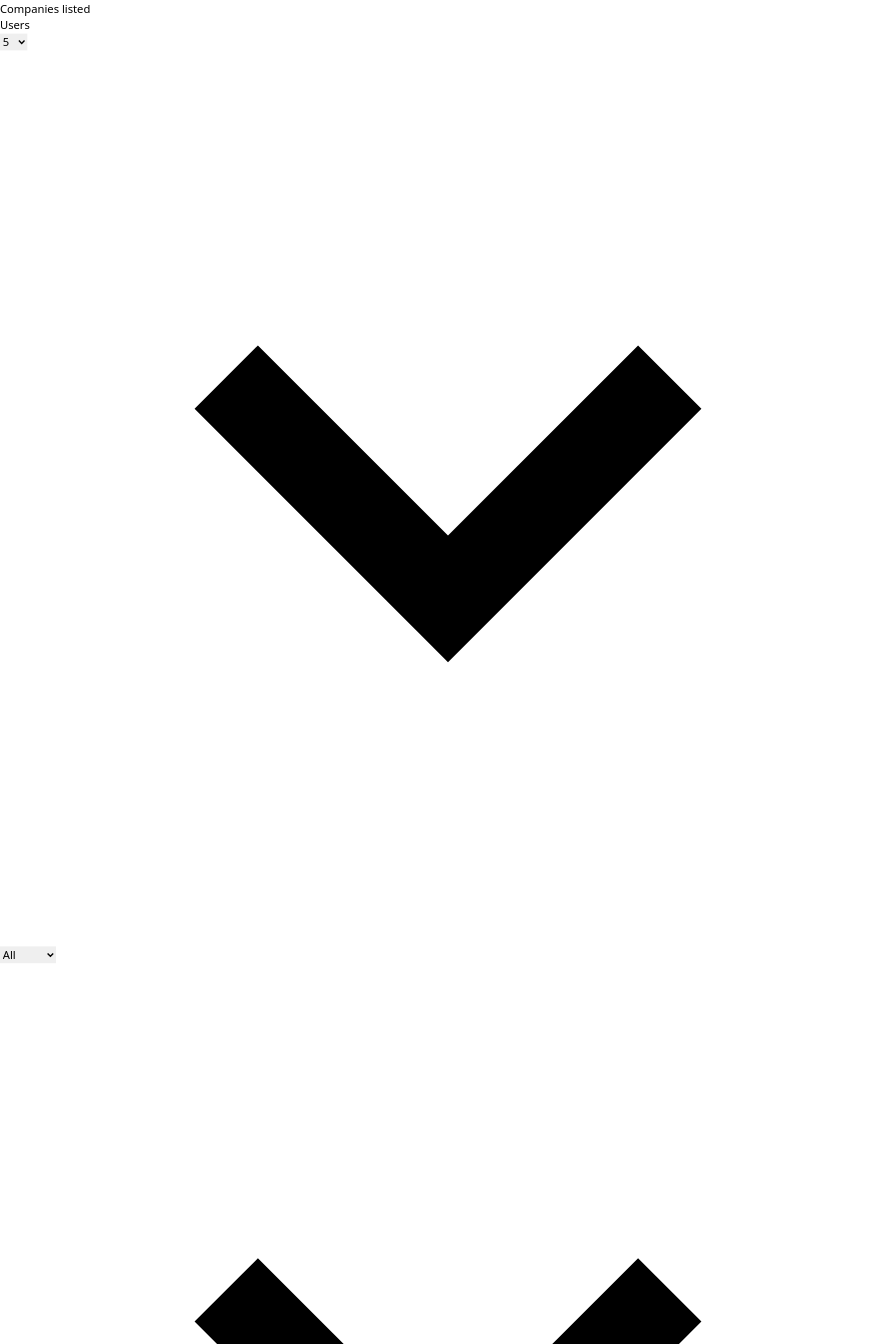
Repository: AlekJanevski/capcito
Page: /
An editor plug-in stored every save of this project. The page is shown before and after the next save, followed by the edit.
The browser window is 1280 px wide. The pictures show the part of the page from y = 0 to 1920 px (the page is 5338 px tall before and 5314 px after), at 70% of full size.
The page's requests for data from a server got no answer. The project was rebuilt for these pictures with package versions that can differ from the ones it lists, and the page was loaded fresh each time. No one was signed in, and anything a server would have sent is missing.

Above is the page before, as saved 2021-02-10 19:49:39.

### src/App.vue
<template>
  <HelloWorld />
</template>

<script>
import HelloWorld from './components/HelloWorld.vue'

export default {
  name: 'App',
  components: {
    HelloWorld
  }
}
</script>

<style>

</style>

### src/components/HelloWorld.vue
<template>
   <div>
		<h1 class="block text-center mt-5"> Companies listed </h1>
		<!-- <table class="rounded-t-lg m-5 w-5/6 mx-auto bg-gray-200 text-gray-800">
			<tr class="text-left border-b-2 border-gray-300">
				<th class="px-4 py-3">Company ID</th>
				<th class="px-4 py-3">Company name</th>
				<th class="px-4 py-3">Company type: </th>
			</tr>

			<tr class="bg-gray-100 border-b border-gray-200" v-for="user in usersList" :key="user.id">
				<td class="px-4 py-3">{{ user.id }}</td>
				<td class="px-4 py-3">{{ user.name }}</td>
				<td class="px-4 py-3">{{ user.type }}</td>
			</tr>
		</table> -->
			<div class="container mx-auto px-4 sm:px-8">
        <div class="py-8">
            <div>
                <h2 class="text-2xl font-semibold leading-tight">Users</h2>
            </div>
            <div class="my-2 flex sm:flex-row flex-col">
                <div class="flex flex-row mb-1 sm:mb-0">
                    <div class="relative">
                        <select
                            class="appearance-none h-full rounded-l border block appearance-none w-full bg-white border-gray-400 text-gray-700 py-2 px-4 pr-8 leading-tight focus:outline-none focus:bg-white focus:border-gray-500">
                            <option>5</option>
                            <option>10</option>
                            <option>20</option>
                        </select>
                        <div
                            class="pointer-events-none absolute inset-y-0 right-0 flex items-center px-2 text-gray-700">
                            <svg class="fill-current h-4 w-4" xmlns="http://www.w3.org/2000/svg" viewBox="0 0 20 20">
                                <path d="M9.293 12.95l.707.707L15.657 8l-1.414-1.414L10 10.828 5.757 6.586 4.343 8z" />
                            </svg>
                        </div>
                    </div>
                    <div class="relative">
                        <select
                            class="appearance-none h-full rounded-r border-t sm:rounded-r-none sm:border-r-0 border-r border-b block appearance-none w-full bg-white border-gray-400 text-gray-700 py-2 px-4 pr-8 leading-tight focus:outline-none focus:border-l focus:border-r focus:bg-white focus:border-gray-500">
                            <option>All</option>
                            <option>Active</option>
                            <option>Inactive</option>
                        </select>
                        <div
                            class="pointer-events-none absolute inset-y-0 right-0 flex items-center px-2 text-gray-700">
                            <svg class="fill-current h-4 w-4" xmlns="http://www.w3.org/2000/svg" viewBox="0 0 20 20">
                                <path d="M9.293 12.95l.707.707L15.657 8l-1.414-1.414L10 10.828 5.757 6.586 4.343 8z" />
                            </svg>
                        </div>
                    </div>
                </div>
                <div class="block relative">
                    <span class="h-full absolute inset-y-0 left-0 flex items-center pl-2">
                        <svg viewBox="0 0 24 24" class="h-4 w-4 fill-current text-gray-500">
                            <path
                                d="M10 4a6 6 0 100 12 6 6 0 000-12zm-8 6a8 8 0 1114.32 4.906l5.387 5.387a1 1 0 01-1.414 1.414l-5.387-5.387A8 8 0 012 10z">
                            </path>
                        </svg>
                    </span>
                    <input placeholder="Search"
                        class="appearance-none rounded-r rounded-l sm:rounded-l-none border border-gray-400 border-b block pl-8 pr-6 py-2 w-full bg-white text-sm placeholder-gray-400 text-gray-700 focus:bg-white focus:placeholder-gray-600 focus:text-gray-700 focus:outline-none" />
                </div>
            </div>
            <div class="-mx-4 sm:-mx-8 px-4 sm:px-8 py-4 overflow-x-auto">
                <div class="inline-block min-w-full shadow rounded-lg overflow-hidden">
                    <table class="min-w-full leading-normal">
                        <thead>
                            <tr>
                                <th
                                    class="px-5 py-3 border-b-2 border-gray-200 bg-gray-100 text-left text-xs font-semibold text-gray-600 uppercase tracking-wider">
                                    User
                                </th>
                                <th
                                    class="px-5 py-3 border-b-2 border-gray-200 bg-gray-100 text-left text-xs font-semibold text-gray-600 uppercase tracking-wider">
                                    Rol
                                </th>
                                <th
                                    class="px-5 py-3 border-b-2 border-gray-200 bg-gray-100 text-left text-xs font-semibold text-gray-600 uppercase tracking-wider">
                                    Created at
                                </th>
                                <th
                                    class="px-5 py-3 border-b-2 border-gray-200 bg-gray-100 text-left text-xs font-semibold text-gray-600 uppercase tracking-wider">
                                    Status
                                </th>
                            </tr>
                        </thead>
                        <tbody>
                            <tr>
                                <td class="px-5 py-5 border-b border-gray-200 bg-white text-sm">
                                    <div class="flex items-center">
                                        <div class="flex-shrink-0 w-10 h-10">
                                            <img class="w-full h-full rounded-full"
                                                src="https://images.unsplash.com/photo-1494790108377-be9c29b29330?ixlib=rb-1.2.1&ixid=eyJhcHBfaWQiOjEyMDd9&auto=format&fit=facearea&facepad=2.2&w=160&h=160&q=80"
                                                alt="" />
                                        </div>
                                        <div class="ml-3">
                                            <p class="text-gray-900 whitespace-no-wrap">
                                                Vera Carpenter
                                            </p>
                                        </div>
                                    </div>
                                </td>
                                <td class="px-5 py-5 border-b border-gray-200 bg-white text-sm">
                                    <p class="text-gray-900 whitespace-no-wrap">Admin</p>
                                </td>
                                <td class="px-5 py-5 border-b border-gray-200 bg-white text-sm">
                                    <p class="text-gray-900 whitespace-no-wrap">
                                        Jan 21, 2020
                                    </p>
                                </td>
                                <td class="px-5 py-5 border-b border-gray-200 bg-white text-sm">
                                    <span
                                        class="relative inline-block px-3 py-1 font-semibold text-green-900 leading-tight">
                                        <span aria-hidden
                                            class="absolute inset-0 bg-green-200 opacity-50 rounded-full"></span>
                                        <span class="relative">Activo</span>
                                    </span>
                                </td>
                            </tr>
                            <tr>
                                <td class="px-5 py-5 border-b border-gray-200 bg-white text-sm">
                                    <div class="flex items-center">
                                        <div class="flex-shrink-0 w-10 h-10">
                                            <img class="w-full h-full rounded-full"
                                                src="https://images.unsplash.com/photo-1500648767791-00dcc994a43e?ixlib=rb-1.2.1&ixid=eyJhcHBfaWQiOjEyMDd9&auto=format&fit=facearea&facepad=2.2&w=160&h=160&q=80"
                                                alt="" />
                                        </div>
                                        <div class="ml-3">
                                            <p class="text-gray-900 whitespace-no-wrap">
                                                Blake Bowman
                                            </p>
                                        </div>
                                    </div>
                                </td>
                                <td class="px-5 py-5 border-b border-gray-200 bg-white text-sm">
                                    <p class="text-gray-900 whitespace-no-wrap">Editor</p>
                                </td>
                                <td class="px-5 py-5 border-b border-gray-200 bg-white text-sm">
                                    <p class="text-gray-900 whitespace-no-wrap">
                                        Jan 01, 2020
                                    </p>
                                </td>
                                <td class="px-5 py-5 border-b border-gray-200 bg-white text-sm">
                                    <span
                                        class="relative inline-block px-3 py-1 font-semibold text-green-900 leading-tight">
                                        <span aria-hidden
                                            class="absolute inset-0 bg-green-200 opacity-50 rounded-full"></span>
                                        <span class="relative">Activo</span>
                                    </span>
                                </td>
                            </tr>
                            <tr>
                                <td class="px-5 py-5 border-b border-gray-200 bg-white text-sm">
                                    <div class="flex items-center">
                                        <div class="flex-shrink-0 w-10 h-10">
                                            <img class="w-full h-full rounded-full"
                                                src="https://images.unsplash.com/photo-1540845511934-7721dd7adec3?ixlib=rb-1.2.1&ixid=eyJhcHBfaWQiOjEyMDd9&auto=format&fit=facearea&facepad=2.2&w=160&h=160&q=80"
                                                alt="" />
                                        </div>
                                        <div class="ml-3">
                                            <p class="text-gray-900 whitespace-no-wrap">
                                                Dana Moore
                                            </p>
                                        </div>
                                    </div>
                                </td>
                                <td class="px-5 py-5 border-b border-gray-200 bg-white text-sm">
                                    <p class="text-gray-900 whitespace-no-wrap">Editor</p>
                                </td>
                                <td class="px-5 py-5 border-b border-gray-200 bg-white text-sm">
                                    <p class="text-gray-900 whitespace-no-wrap">
                                        Jan 10, 2020
                                    </p>
                                </td>
                                <td class="px-5 py-5 border-b border-gray-200 bg-white text-sm">
                                    <span
                                        class="relative inline-block px-3 py-1 font-semibold text-orange-900 leading-tight">
                                        <span aria-hidden
                                            class="absolute inset-0 bg-orange-200 opacity-50 rounded-full"></span>
                                        <span class="relative">Suspended</span>
                                    </span>
                                </td>
                            </tr>
                            <tr>
                                <td class="px-5 py-5 bg-white text-sm">
                                    <div class="flex items-center">
                                        <div class="flex-shrink-0 w-10 h-10">
                                            <img class="w-full h-full rounded-full"
                                                src="https://images.unsplash.com/photo-1522609925277-66fea332c575?ixlib=rb-1.2.1&ixid=eyJhcHBfaWQiOjEyMDd9&auto=format&fit=facearea&facepad=2.2&h=160&w=160&q=80"
                                                alt="" />
                                        </div>
                                        <div class="ml-3">
                                            <p class="text-gray-900 whitespace-no-wrap">
                                                Alonzo Cox
                                            </p>
                                        </div>
                                    </div>
                                </td>
                                <td class="px-5 py-5 bg-white text-sm">
                                    <p class="text-gray-900 whitespace-no-wrap">Admin</p>
                                </td>
                                <td class="px-5 py-5 bg-white text-sm">
                                    <p class="text-gray-900 whitespace-no-wrap">Jan 18, 2020</p>
                                </td>
                                <td class="px-5 py-5 bg-white text-sm">
                                    <span
                                        class="relative inline-block px-3 py-1 font-semibold text-red-900 leading-tight">
                                        <span aria-hidden
                                            class="absolute inset-0 bg-red-200 opacity-50 rounded-full"></span>
                                        <span class="relative">Inactive</span>
                                    </span>
                                </td>
                            </tr>
                        </tbody>
                    </table>
                    <div
                        class="px-5 py-5 bg-white border-t flex flex-col xs:flex-row items-center xs:justify-between          ">
                        <span class="text-xs xs:text-sm text-gray-900">
                            Showing 1 to 4 of 50 Entries
                        </span>
                        <div class="inline-flex mt-2 xs:mt-0">
                            <button
                                class="text-sm bg-gray-300 hover:bg-gray-400 text-gray-800 font-semibold py-2 px-4 rounded-l">
                                Prev
                            </button>
                            <button
                                class="text-sm bg-gray-300 hover:bg-gray-400 text-gray-800 font-semibold py-2 px-4 rounded-r">
                                Next
                            </button>
                        </div>
                    </div>
                </div>
            </div>
        </div>
    </div>
  </div>
</template>

<script>
import axios from 'axios';

export default {
  name: 'Hello World',

  data() {
    return {
      usersList: []
    };
  },

  mounted() {
    axios.get("https://my-json-server.typicode.com/capcito/frontend-ws/companies")
      .then(res => {
        this.usersList = res.data;
        console.log(this.usersList)
      })
      .catch(error => {
        console.log(error)
         // Manage errors if found any
      })
  }
}

</script>

<!-- Add "scoped" attribute to limit CSS to this component only -->
<style scoped>

</style>

Loaded but not shown: public/index.html (common file); src/main.js (common file); src/index.css (common file); tailwind.config.js (common file)

After the next save:
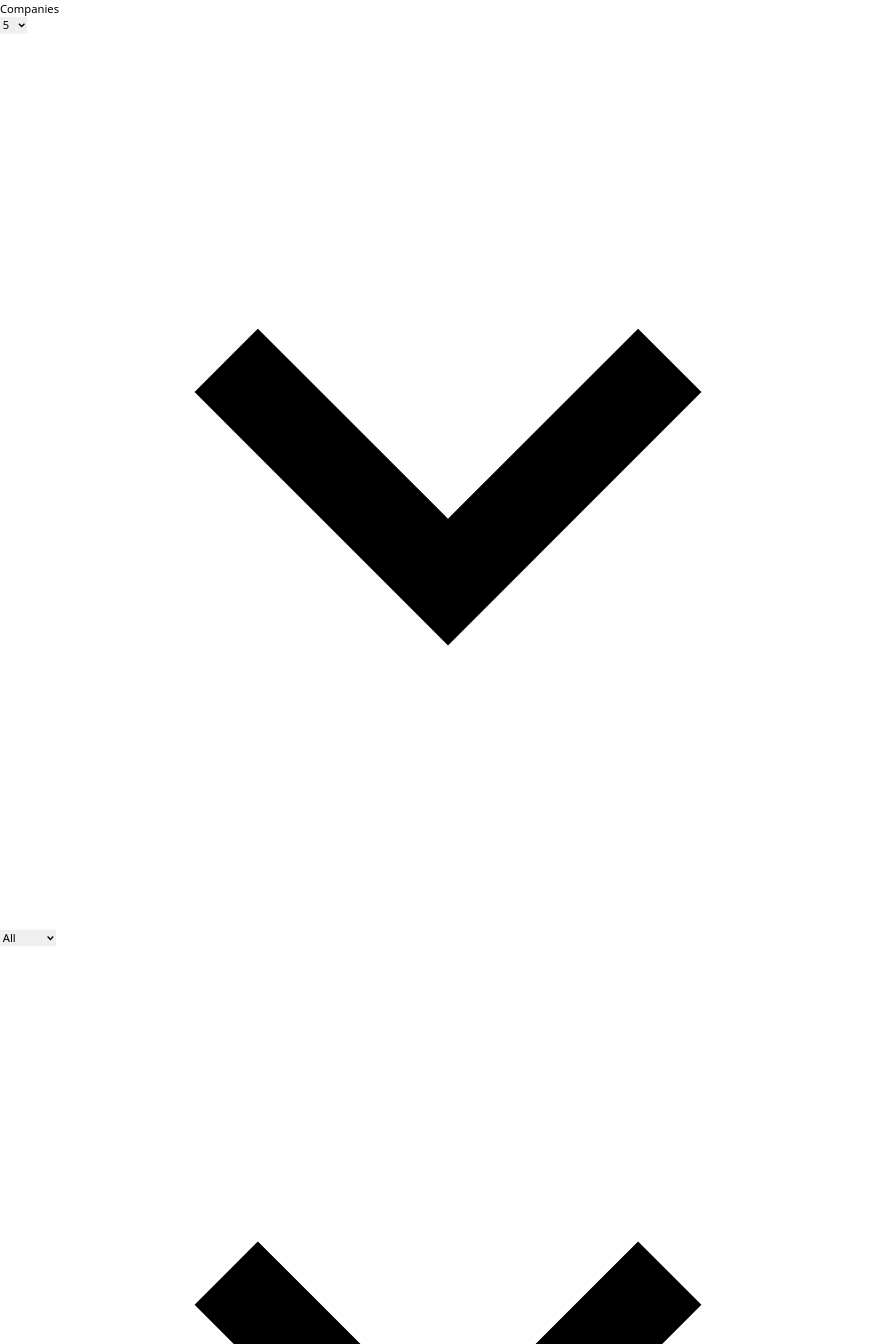
Saved 16 s later.
--- a/src/components/HelloWorld.vue
+++ b/src/components/HelloWorld.vue
@@ -1,6 +1,5 @@
 <template>
    <div>
-		<h1 class="block text-center mt-5"> Companies listed </h1>
 		<!-- <table class="rounded-t-lg m-5 w-5/6 mx-auto bg-gray-200 text-gray-800">
 			<tr class="text-left border-b-2 border-gray-300">
 				<th class="px-4 py-3">Company ID</th>
@@ -17,7 +16,7 @@
 			<div class="container mx-auto px-4 sm:px-8">
         <div class="py-8">
             <div>
-                <h2 class="text-2xl font-semibold leading-tight">Users</h2>
+                <h2 class="text-2xl font-semibold leading-tight">Companies</h2>
             </div>
             <div class="my-2 flex sm:flex-row flex-col">
                 <div class="flex flex-row mb-1 sm:mb-0">
